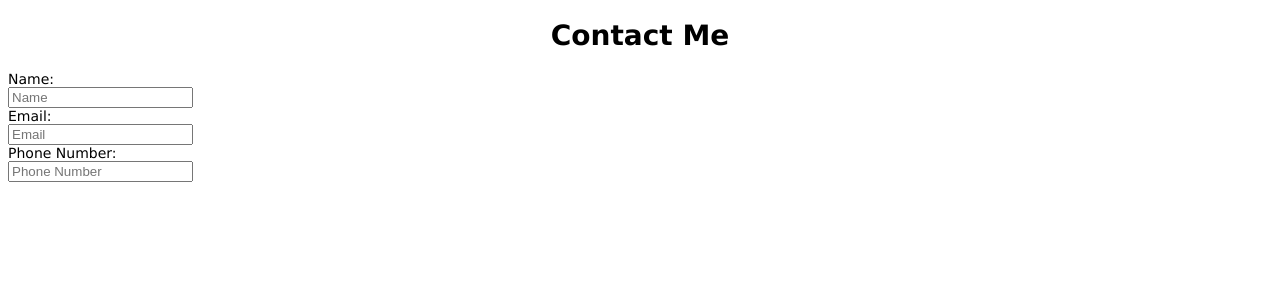
Repository: JanakanS95/COMP-229-Assignment-1
Page: http://localhost/contact
The author's editor kept a copy of each file at every save. The page is drawn from the files as they stood at one save, then again after the next save.
The browser window is 1280 px wide. The pictures show the whole page.
The page is served by the project's Node server (app.js). Other server files are loaded and not shown.

Above is the page before, as saved 2021-06-04 05:03:17.

### views/contact.ejs
<!DOCTYPE html>
<html lang="en">
<head>
    <meta charset="UTF-8">
    <meta http-equiv="X-UA-Compatible" content="IE=edge">
    <meta name="viewport" content="width=device-width, initial-scale=1.0">
    <title><%= title %></title>
    <link rel='stylesheet' href='/Content/contact.css' />
</head>
<body>
    <h1><%= title %></h1>
    <div class = 'container'>
        <form>
            <label>Name:</label>
            <br>
            <input id='name' placeholder='Name' type='text'>
            <br>
            <label>Email:</label>
            <br>
            <input id='email' placeholder='Email' type='email'>
            <br>
            <label>Phone Number:</label>
            <br>
            <input id='phone' placeholder='Phone Number' type='tel'>
            <br>
        </form>
    </div>
</body>
</html>

### app.js
let createError = require('http-errors');
let express = require('express');
let path = require('path');
let cookieParser = require('cookie-parser');
let logger = require('morgan');

let indexRouter = require('./routes/index');
let usersRouter = require('./routes/users');

let app = express();

// view engine setup
app.set('views', path.join(__dirname, 'views'));
app.set('view engine', 'ejs');

app.use(logger('dev'));
app.use(express.json());
app.use(express.urlencoded({ extended: false }));
app.use(cookieParser());
app.use(express.static(path.join(__dirname, 'public')));

app.use('/', indexRouter);
app.use('/users', usersRouter);

// catch 404 and forward to error handler
app.use(function(req, res, next) {
  next(createError(404));
});

// error handler
app.use(function(err, req, res, next) {
  // set locals, only providing error in development
  res.locals.message = err.message;
  res.locals.error = req.app.get('env') === 'development' ? err : {};

  // render the error page
  res.status(err.status || 500);
  res.render('error');
});

module.exports = app;

### routes/index.js
var express = require('express');
var router = express.Router();

/* GET home page. */
router.get('/', function(req, res, next) {
  res.render('index', { title: 'Janakan Sivananthan' });
});

/* GET home page. */
router.get('/home', function(req, res, next) {
  res.render('index', { title: 'Janakan Sivananthan' });
});

/* GET About me page. */
router.get('/about', function(req, res, next) {
  res.render('about', { title: 'About Me' });
});

/* GET Projects page. */
router.get('/projects', function(req, res, next) {
  res.render('projects', { title: 'Projects' });
});

/* GET Service page. */
router.get('/services', function(req, res, next) {
  res.render('services', { title: 'Services' });
});

/* GET Contact Me page. */
router.get('/contact', function(req, res, next) {
  res.render('contact', { title: 'Contact Me' });
});

module.exports = router;

### public/Content/contact.css
body {
    font: 14px "Lucida Grande", Helvetica, Arial, sans-serif;
  }

  h1 {
    text-align : center;
  }

  .container{
      margin : 0;
      width : auto;
      clear : both;
  }

After the next save:
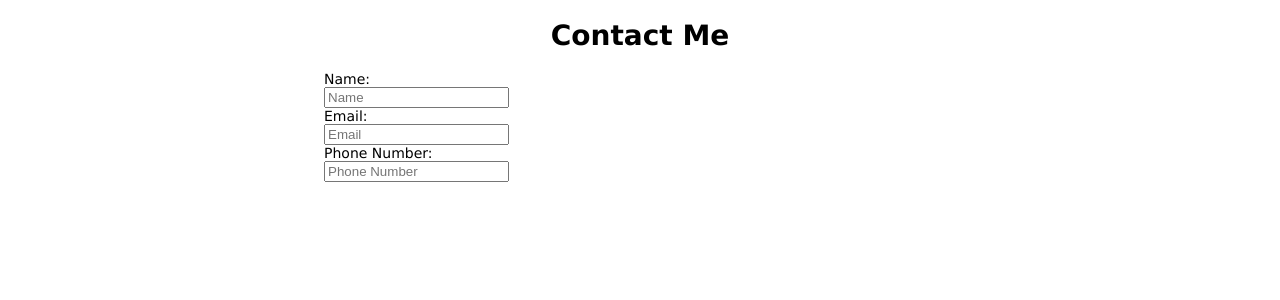
Saved 41 s later.
--- a/public/Content/contact.css
+++ b/public/Content/contact.css
@@ -7,7 +7,7 @@ body {
   }
 
   .container{
-      margin : 0;
-      width : auto;
-      clear : both;
+      margin : auto;
+      width : 50%;
+      padding : 0px;
   }
